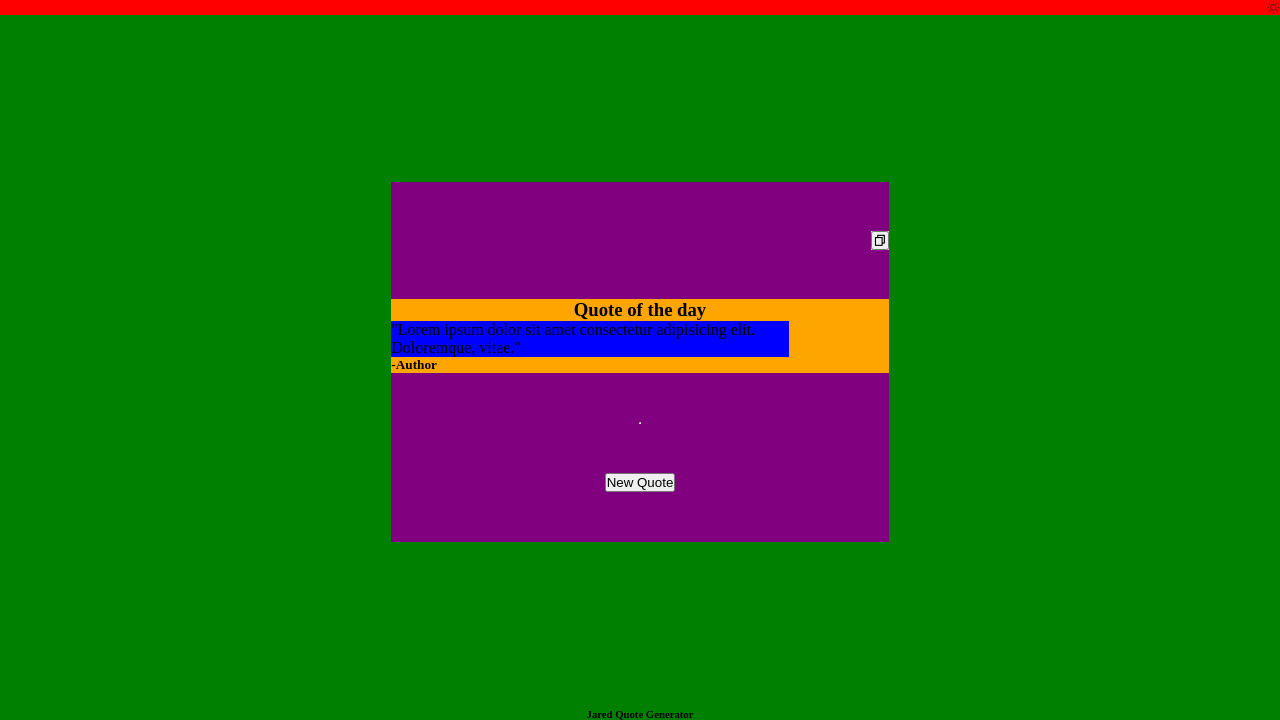
Repository: EguJaredoBoyd/Jared-Quote-Generator
Page: html/main.html
An editor plug-in stored every save of this project. The page is shown before and after the next save, followed by the edit.
The browser window is 1280 px wide. The pictures show the whole page.
Some web libraries are served in a nearby version.

Above is the page before, as saved 2026-01-09 00:53:18.

### html/main.html
<!DOCTYPE html>
<html lang="en">
  <head>
    <meta charset="UTF-8" />
    <meta name="viewport" content="width=device-width, initial-scale=1.0" />
    <link rel="stylesheet" href="../css/style.css" />
    <script src="../js/main.js" defer></script>
    <link
      href="https://cdn.jsdelivr.net/npm/remixicon@4.8.0/fonts/remixicon.css"
      rel="stylesheet"
    />
    <title>Document</title>
  </head>
  <body>
    <div class="container">
      <header>
        <button><i class="ri-sun-line"></i></button>
      </header>
      <main>
        <div class="quote-container">
          <div class="quote-container__copy">
            <button><i class="ri-file-copy-line"></i></button>
          </div>
          <div class="quote-container__quotes">
            <h3>Quote of the day</h3>
            <p>
              "Lorem ipsum dolor sit amet consectetur adipisicing elit.
              Doloremque, vitae."
            </p>
            <div>
              <h5>-Author</h5>
            </div>
          </div>
          <hr />
          <div>
            <button>New Quote</button>
          </div>
        </div>
      </main>
      <footer>
        <div>
          <h6>Jared Quote Generator</h6>
        </div>
      </footer>
    </div>
  </body>
</html>

### css/style.css
* {
  margin: 0;
  padding: 0;
  box-sizing: border-box;
}

:root {
  --background-color: #7b0d1e;
  --card-color: #f8e5ee;
  --text-color: black;
  --button-color: var(--background-color);
}

html {
  font-size: 16px;
}

.lighter-theme {
  --background-color: var(--card-color);
  --card-color: var(--background-color);
  --text-color: var(--text-color);
  --button-color: var(--button-color);
}

.container {
  background-color: green;
  height: 100vh;
  display: flex;
  flex-direction: column;
  justify-content: space-between;
  align-items: center;
}

header {
  display: flex;
  justify-content: flex-end;
  background-color: red;
  width: 100%;
}

header button {
  border: none;
  background: none;
  color: var(--button-color);
}

.quote-container {
  background-color: purple;
  display: flex;
  flex-direction: column;
  justify-content: space-evenly;
  align-items: center;
  height: 50vh;
  width: auto;
}

.quote-container__copy {
  align-self: self-end;
  background-color: pink;
}

.quote-container__quotes {
  background-color: orange;
}

.quote-container__quotes h3 {
  text-align: center;
}

.quote-container__quotes p {
  background-color: blue;
  max-width: 80%;
  text-justify: center;
}

Loaded but not shown: js/main.js (no copy from this time; the picture is the same without it)

After the next save:
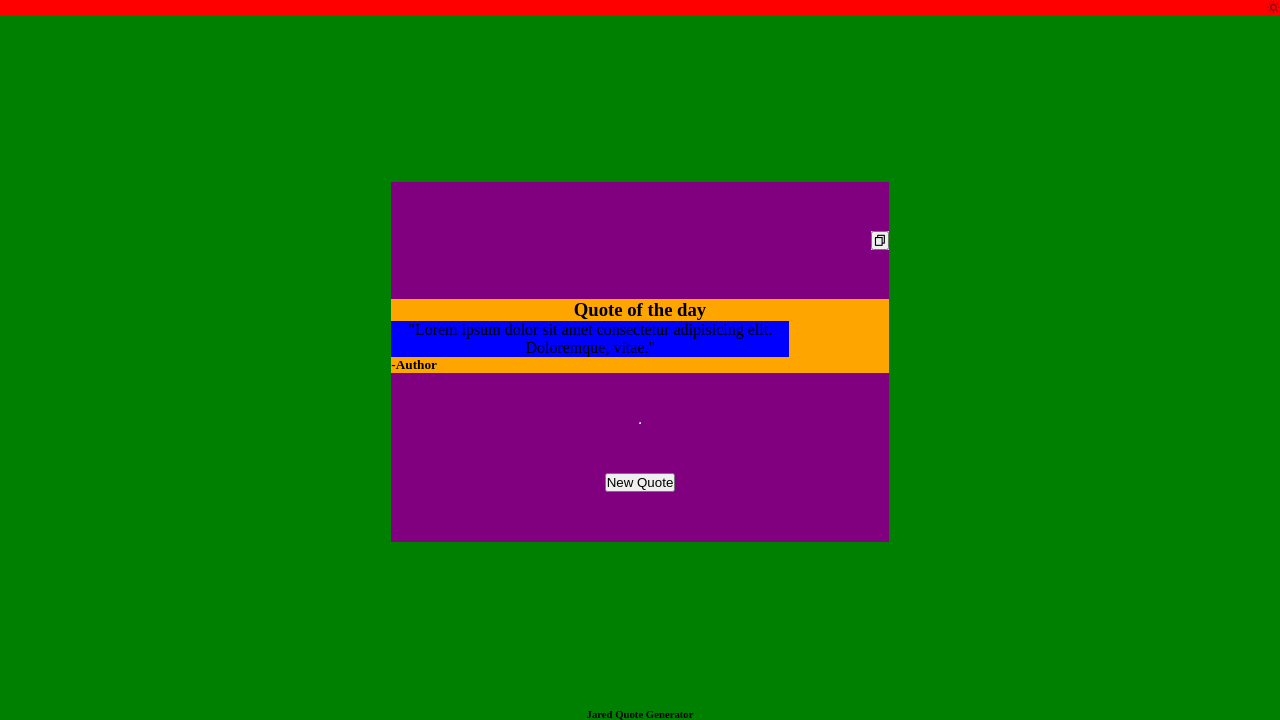
Saved 15 s later.
--- a/css/style.css
+++ b/css/style.css
@@ -70,5 +70,5 @@ header button {
 .quote-container__quotes p {
   background-color: blue;
   max-width: 80%;
-  text-justify: center;
+  text-align: center;
 }
